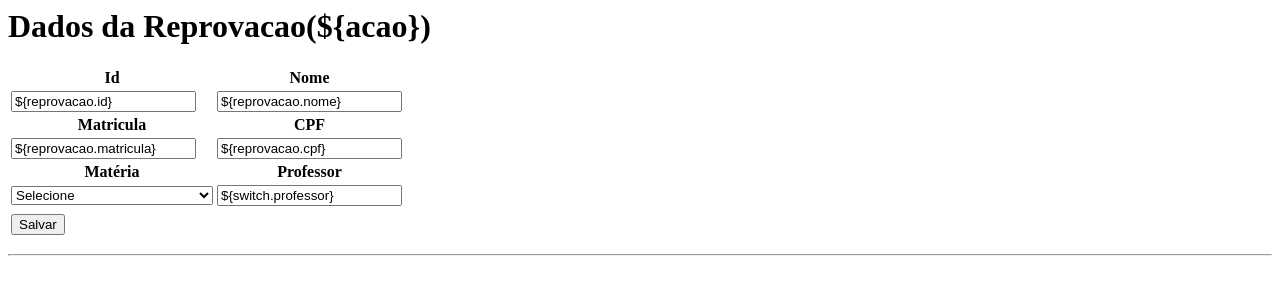
Repository: WilliamEstrela/trabalho1VA-PROG4
Page: CRUDLanManagerV5/WebContent/manterreprovacao/editform.html
These files come from the project's save history. The page is drawn as it stood at one moment and after the next save; the edit follows.
The browser window is 1280 px wide. The pictures show the whole page.

Above is the page before, as saved 2019-09-05 22:51:31.

### CRUDLanManagerV5/WebContent/manterreprovacao/editform.html
<h1>Dados da Reprovacao(${acao})</h1>
<form action="sistema" method="post">
<input type="hidden" name="casoDeUso" value="manterReprovacao">
<input type="hidden" name="acao" value="${acao}">
<table>
<tr>
	<th>Id</th>
	<th>Nome</th>
</tr>
<tr>
	<td><input type="text" name="idswitch" value="${reprovacao.id}"></td>
	<td><input type="text" name="nome" value="${reprovacao.nome}"></td>
</tr>
<tr>
	<th>Matricula</th>
	<th>CPF</th>
</tr>
<tr>
	<td><input type="text" name="localizacao" value="${reprovacao.matricula}"></td>
	<td><input type="text" name="observacao" value="${reprovacao.cpf}"></td>
</tr>
<tr>
	<th>Matéria</th>
	<th>Professor</th>
</tr>
<tr>
	<td>
		<select name="tipo_idtipo">
		    <option value="">Selecione</option>
			<!-- $beginBlock estrangeiro.materia -->
			<option value="${estrangeiro.materia.id}" ${estrangeiro.materia.selected}>${estrangeiro.materia.materia}</option>
			<!-- $endBlock estrangeiro.materia -->
		</select>
	</td>
	<td><input type="text" name="observacao" value="${switch.professor}"></td>
</tr>
<tr>
	<td>

	</td>
</tr>
<tr>
	<td colspan="2"><input type="submit" value="Salvar"></td>
</table>
</form>
<hr>
<!-- $include ../geral/mensagemPadrao.html -->

After the next save:
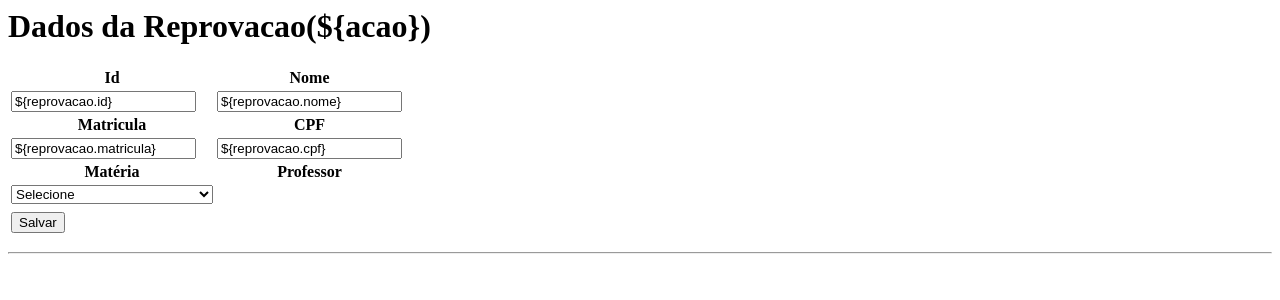
Saved 49 s later.
--- a/CRUDLanManagerV5/WebContent/manterreprovacao/editform.html
+++ b/CRUDLanManagerV5/WebContent/manterreprovacao/editform.html
@@ -32,7 +32,6 @@
 			<!-- $endBlock estrangeiro.materia -->
 		</select>
 	</td>
-	<td><input type="text" name="observacao" value="${switch.professor}"></td>
 </tr>
 <tr>
 	<td>
